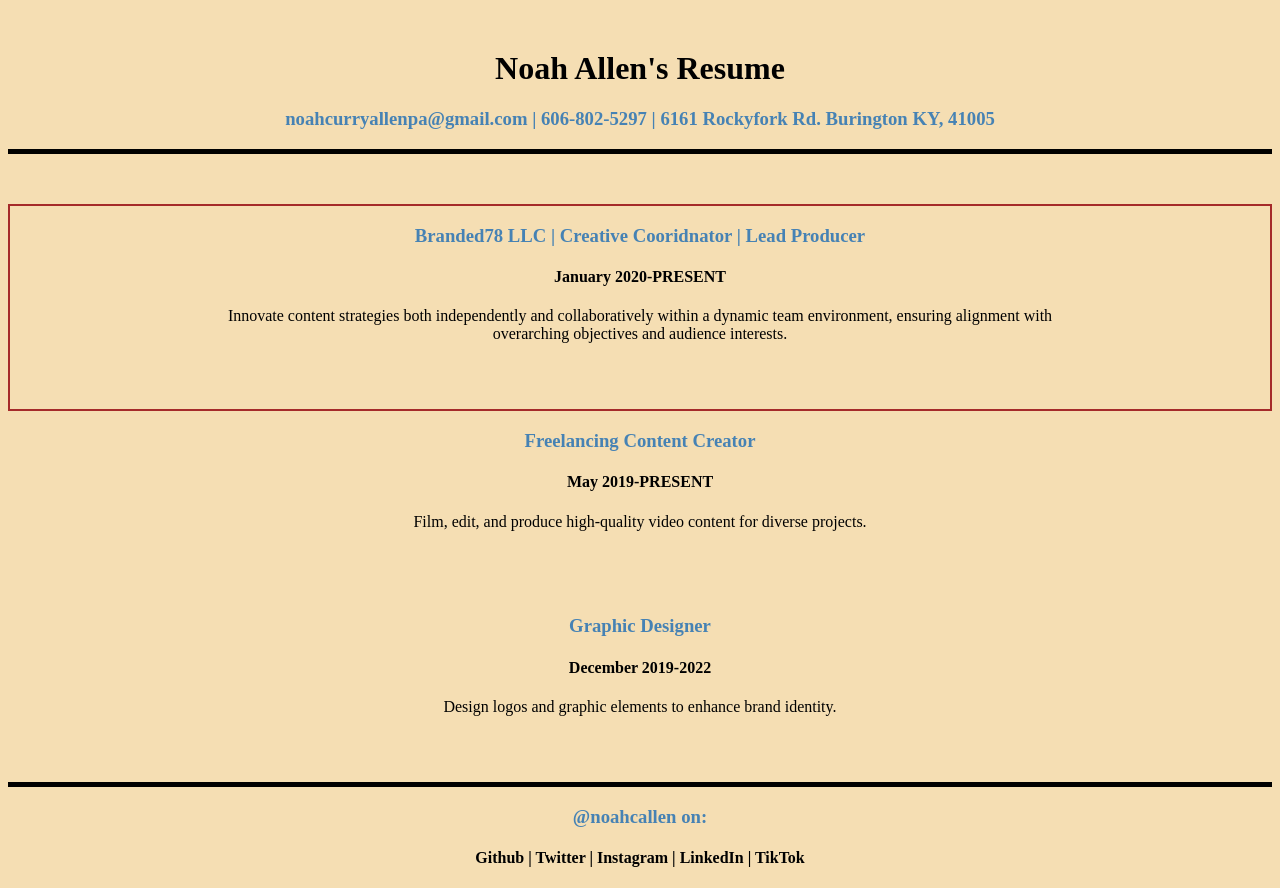
Repository: noahcallen/LAB-HTML-Resume
Page: index.html
These files come from the project's save history. The page is drawn as it stood at one moment and after the next save; the edit follows.
The browser window is 1280 px wide. The pictures show the whole page.

Above is the page before, as saved 2024-07-08 21:55:13.

After the next save:
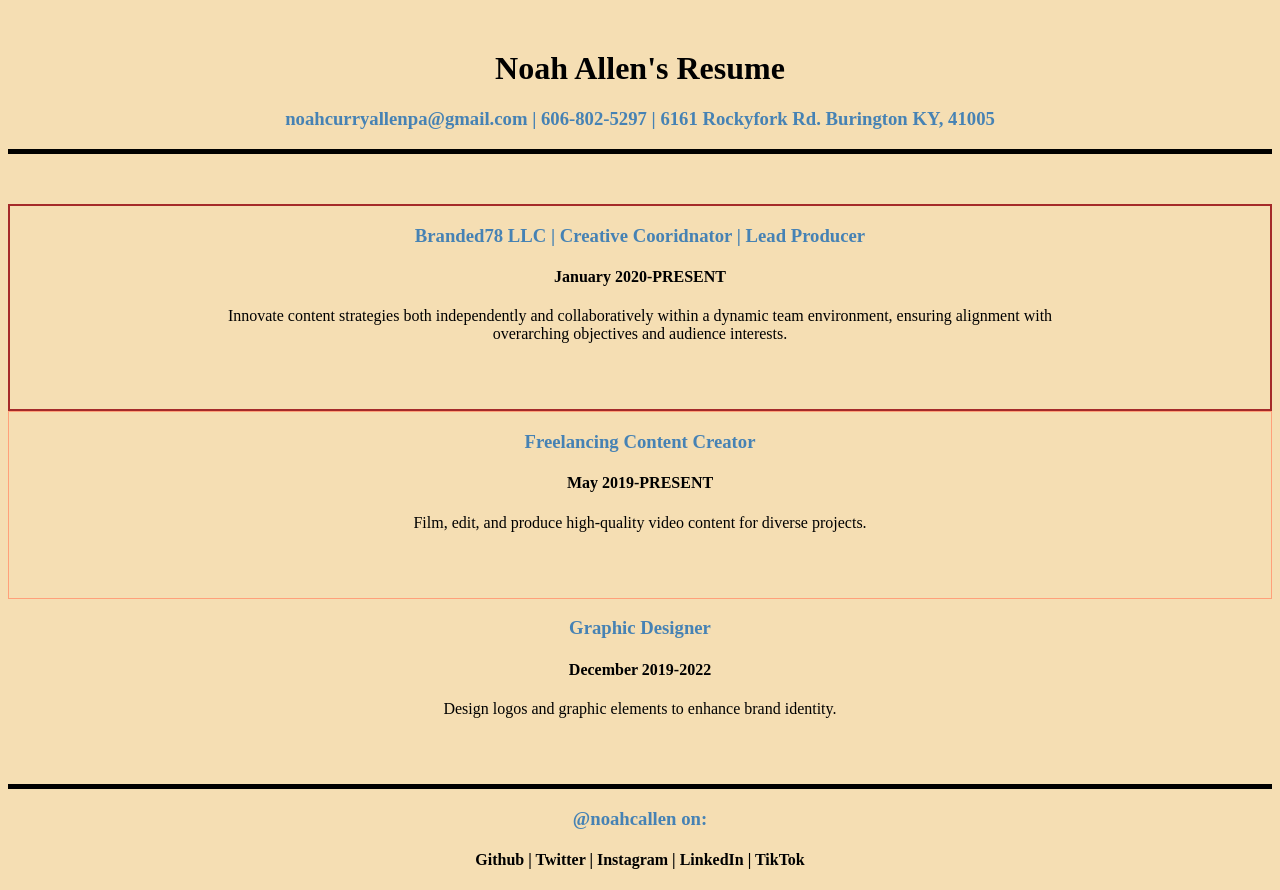
Saved 75 s later.
--- a/main.css
+++ b/main.css
@@ -19,6 +19,7 @@
 
 #Job2 {
   padding: 0px 200px 50px 200px;
+  border: double 1px lightsalmon;
 }
 
 #Job3 {
